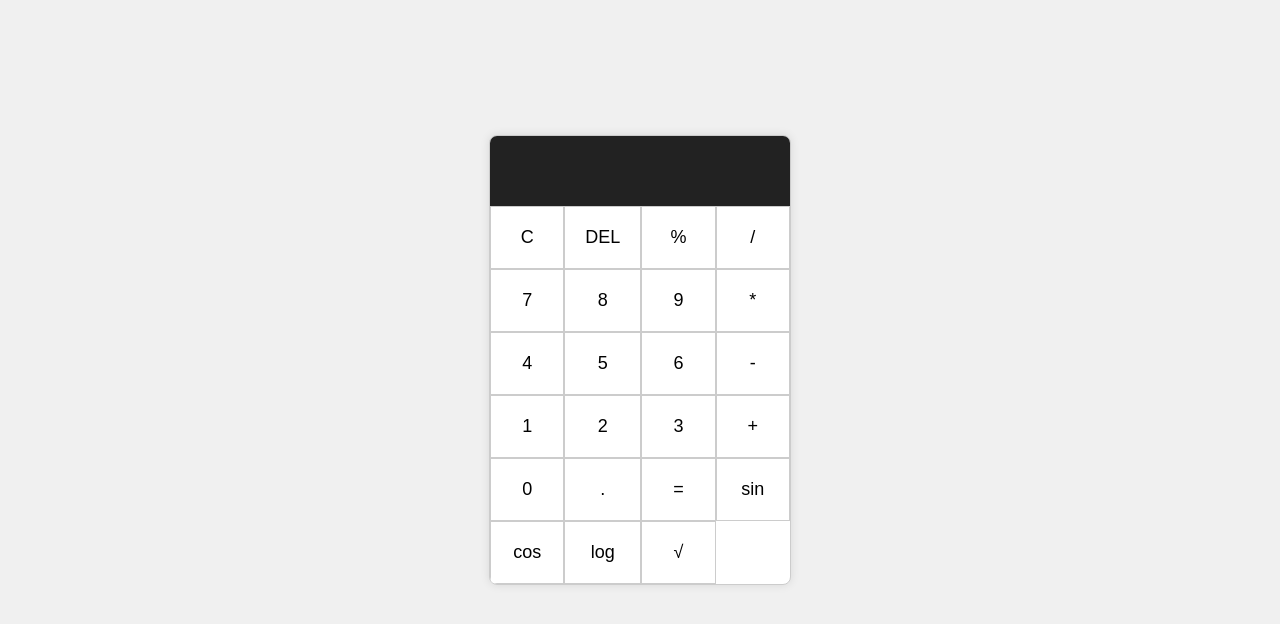
Repository: JuliusMonday/myCalculator
Page: index.html
An editor plug-in stored every save of this project. The page is shown before and after the next save, followed by the edit.
The browser window is 1280 px wide. The pictures show the whole page.

Above is the page before, as saved 2024-05-31 08:32:41.

### index.html
<!DOCTYPE html>
<html lang="en">
<head>
    <meta charset="UTF-8">
    <meta name="viewport" content="width=device-width, initial-scale=1.0">
    <title>JuliusCalc - Scientific Calculator</title>
    <link rel="stylesheet" href="styles.css">
</head>
<body>
    <div class="calculator">
        <div class="display">
            <input type="text" id="result" disabled>
        </div>
        <div class="buttons">
            <button onclick="clearDisplay()">C</button>
            <button onclick="deleteChar()">DEL</button>
            <button onclick="appendChar('%')">%</button>
            <button onclick="appendChar('/')">/</button>

            <button onclick="appendChar('7')">7</button>
            <button onclick="appendChar('8')">8</button>
            <button onclick="appendChar('9')">9</button>
            <button onclick="appendChar('*')">*</button>

            <button onclick="appendChar('4')">4</button>
            <button onclick="appendChar('5')">5</button>
            <button onclick="appendChar('6')">6</button>
            <button onclick="appendChar('-')">-</button>

            <button onclick="appendChar('1')">1</button>
            <button onclick="appendChar('2')">2</button>
            <button onclick="appendChar('3')">3</button>
            <button onclick="appendChar('+')">+</button>

            <button onclick="appendChar('0')">0</button>
            <button onclick="appendChar('.')">.</button>
            <button onclick="calculate()">=</button>

            <button onclick="appendChar('Math.sin(')">sin</button>
            <button onclick="appendChar('Math.cos(')">cos</button>
            <button onclick="appendChar('Math.log(')">log</button>
            <button onclick="appendChar('Math.sqrt(')">√</button>
        </div>
    </div>
    <script src="index.js"></script>
</body>
</html>

### styles.css
/* styles.css */

body {
    display: flex;
    justify-content: center;
    align-items: center;
    height: 100vh;
    background-color: #f0f0f0;
    font-family: 'Arial', sans-serif;
    margin: 0;
}

.calculator {
    width: 300px;
    border: 1px solid #ccc;
    border-radius: 8px;
    overflow: hidden;
    box-shadow: 0 0 10px rgba(0, 0, 0, 0.1);
    background-color: #ffffff;
}

.display {
    background-color: #222;
    color: #fff;
    text-align: right;
    padding: 20px;
    font-size: 24px;
    }

.display input{
    width: 100%;
    border: none;
    background: none;
    color: #fff;
    text-align: right;
    font-size: 24px;
}

.buttons {
    display: grid;
    grid-template-columns: repeat(4, 1fr);
}

button {
    padding: 20px;
    font-size: 18px;
    border: 1px solid #ccc;
    background-color: #fff;
    cursor: pointer;
    transition: background-color 0.2s;
}

button:hover {
    background-color: #f0f0f0;
}

button:active {
    background-color: #ddd;
}

/* Responsive Design */
@media (max-width: 600px) {
    .calculator {
        width: 80%;
        height: 80%;
        border-radius: 5;
    }
    .display {
        padding: 10px;
        font-size: 20px;
        height: 300px;

    }
    button {
        padding: 15px;
        font-size: 16px;

    }

}

### index.js
// script.js

function appendChar(char) {
    document.getElementById('result').value += char;
}

function clearDisplay() {
    document.getElementById('result').value = '';
}

function deleteChar() {
    let currentDisplay = document.getElementById('result').value;
    document.getElementById('result').value = currentDisplay.slice(0, -1);
}

function calculate() {
    try {
        let expression = document.getElementById('result').value;

        // Automatically close any opened parentheses
        let openParenthesisCount = (expression.match(/\(/g) || []).length;
        let closeParenthesisCount = (expression.match(/\)/g) || []).length;
        let missingCloseParenthesis = openParenthesisCount - closeParenthesisCount;

        for (let i = 0; i < missingCloseParenthesis; i++) {
            expression += ')';
        }

        let result = eval(expression);
        document.getElementById('result').value = result;
    } catch (error) {
        document.getElementById('result').value = 'Error';
    }
}

After the next save:
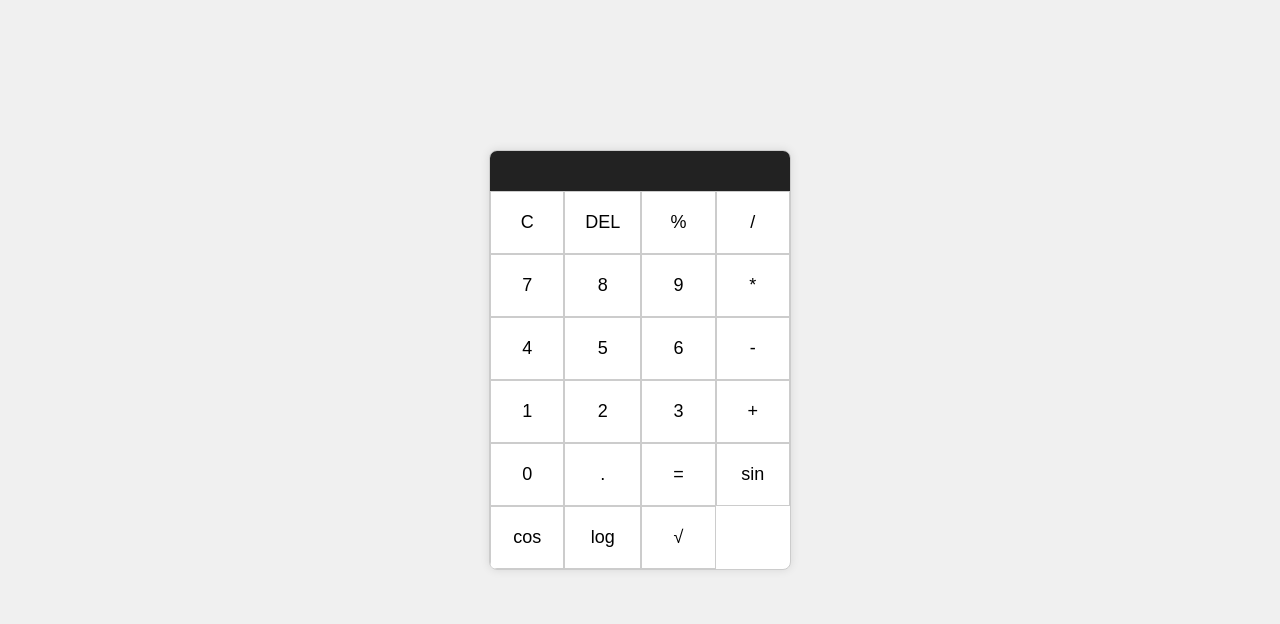
Saved 2 min 27 s later.
--- a/styles.css
+++ b/styles.css
@@ -1,5 +1,3 @@
-/* styles.css */
-
 body {
     display: flex;
     justify-content: center;
@@ -22,18 +20,23 @@ body {
 .display {
     background-color: #222;
     color: #fff;
-    text-align: right;
     padding: 20px;
     font-size: 24px;
-    }
+    position: relative; /* Added for relative positioning */
+}
 
-.display input{
+.display input {
     width: 100%;
     border: none;
     background: none;
     color: #fff;
     text-align: right;
     font-size: 24px;
+    padding-right: 10px; /* Adjust padding as needed */
+    padding-bottom: 10px; /* Adjust padding as needed */
+    box-sizing: border-box;
+    position: absolute; /* Absolute positioning for alignment */
+    bottom: 0; /* Align text at the bottom */
 }
 
 .buttons {
@@ -69,12 +72,9 @@ button:active {
         padding: 10px;
         font-size: 20px;
         height: 300px;
-
     }
     button {
         padding: 15px;
         font-size: 16px;
-
     }
-
 }
